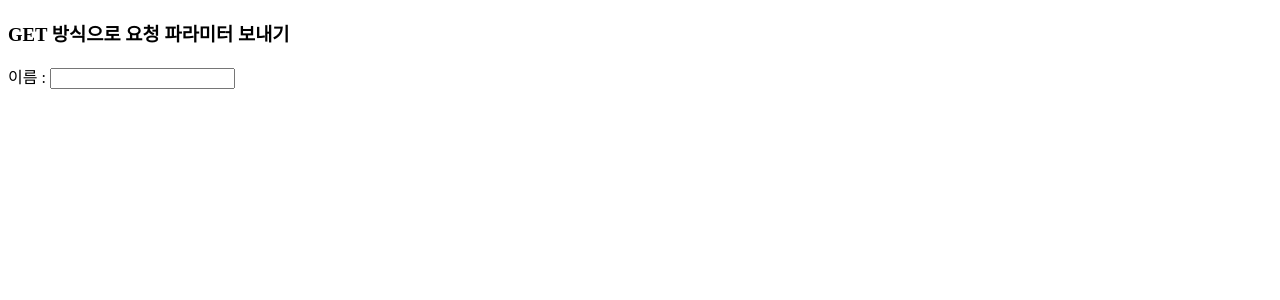
Repository: golddrone7/front
Page: step10_Ajax/src/main/webapp/test3/paramGet.html
These files come from the project's save history. The page is drawn as it stood at one moment and after the next save; the edit follows.
The browser window is 1280 px wide. The pictures show the whole page.

Above is the page before, as saved 2023-02-27 01:46:36.

### step10_Ajax/src/main/webapp/test3/paramGet.html
<!DOCTYPE html>
<html>
<head>
<meta charset="UTF-8">
<title>Insert title here</title>
</head>
<body>
<form action="">
	<h3>GET 방식으로 요청 파라미터 보내기</h3>
	이름 : <input type="text" id="name"><br>
</form>

</body>
</html>

After the next save:
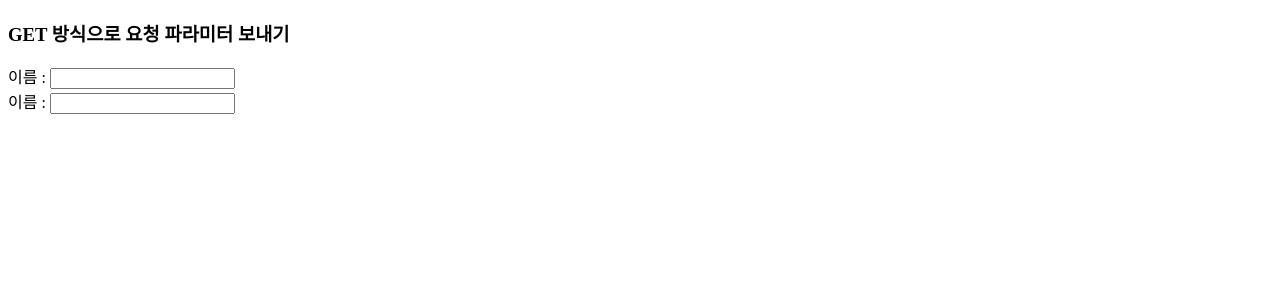
Saved 4 s later.
--- a/step10_Ajax/src/main/webapp/test3/paramGet.html
+++ b/step10_Ajax/src/main/webapp/test3/paramGet.html
@@ -8,6 +8,7 @@
 <form action="">
 	<h3>GET 방식으로 요청 파라미터 보내기</h3>
 	이름 : <input type="text" id="name"><br>
+	이름 : <input type="text" id="name"><br>
 </form>
 
 </body>
